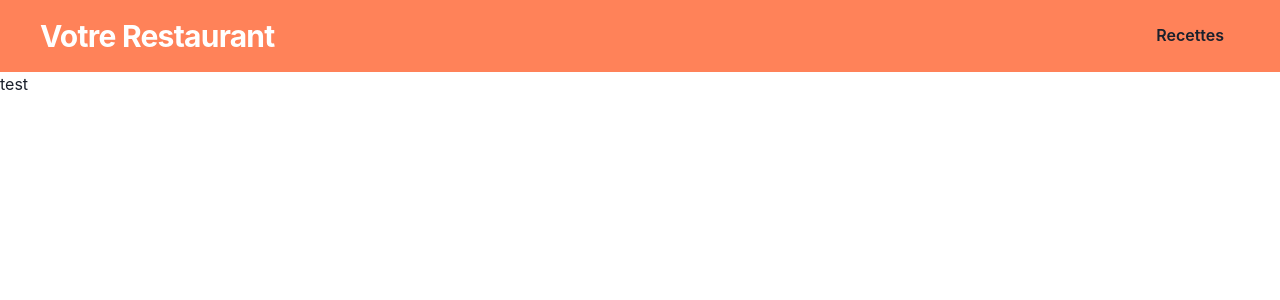
Repository: Ecaron76/tp-restau-next
Page: /
An editor plug-in stored every save of this project. The page is shown before and after the next save, followed by the edit.
The browser window is 1280 px wide. The pictures show the whole page.
The project was rebuilt for these pictures with package versions that can differ from the ones it lists, and the page was loaded fresh each time. The framework's server and built-in components were replaced by stand-ins that run in the browser. Also part of the build but not shown: next.config.mjs.

Above is the page before, as saved 2024-02-25 17:57:20.

### src/app/layout.tsx
'use client'

import { Inter } from "next/font/google";
import "./globals.css";
import { ChakraProvider, extendTheme  } from '@chakra-ui/react'
const theme = extendTheme({
  colors: {
    brand: {
      50: '#ffeee6',
      100: '#ffc7b7',
      200: '#ffa788',
      300: '#ff8259',
      400: '#ff5b29',
      500: '#ff3300',
      600: '#cc2900',
      700: '#991f00',
      800: '#661600',
      900: '#330c00',
    },
  },
});



export function Providers({ children }: { children: React.ReactNode }) {
  return <ChakraProvider theme={theme}>{children}</ChakraProvider>
}

export default function RootLayout({
  children,
}: Readonly<{
  children: React.ReactNode;
}>) {
  return (
    <html lang="en">
      <body>
        <Providers>{children}</Providers>
      </body>
    </html>
  );
}

### src/app/page.tsx
import Image from "next/image";
import styles from "./page.module.css";
import Header from "@/components/Header/Header";

export default function Home() {
  return (
    <main >
      <Header/>
      <p>test</p>
    </main>
  );
}

### src/app/globals.css
:root {
  --max-width: 1100px;
  --border-radius: 12px;
  --font-mono: ui-monospace, Menlo, Monaco, "Cascadia Mono", "Segoe UI Mono",
    "Roboto Mono", "Oxygen Mono", "Ubuntu Monospace", "Source Code Pro",
    "Fira Mono", "Droid Sans Mono", "Courier New", monospace;

  --foreground-rgb: 0, 0, 0;
  --background-start-rgb: 214, 219, 220;
  --background-end-rgb: 255, 255, 255;

  --primary-glow: conic-gradient(
    from 180deg at 50% 50%,
    #16abff33 0deg,
    #0885ff33 55deg,
    #54d6ff33 120deg,
    #0071ff33 160deg,
    transparent 360deg
  );
  --secondary-glow: radial-gradient(
    rgba(255, 255, 255, 1),
    rgba(255, 255, 255, 0)
  );

  --tile-start-rgb: 239, 245, 249;
  --tile-end-rgb: 228, 232, 233;
  --tile-border: conic-gradient(
    #00000080,
    #00000040,
    #00000030,
    #00000020,
    #00000010,
    #00000010,
    #00000080
  );

  --callout-rgb: 238, 240, 241;
  --callout-border-rgb: 172, 175, 176;
  --card-rgb: 180, 185, 188;
  --card-border-rgb: 131, 134, 135;
}

@media (prefers-color-scheme: dark) {
  :root {
    --foreground-rgb: 255, 255, 255;
    --background-start-rgb: 0, 0, 0;
    --background-end-rgb: 0, 0, 0;

    --primary-glow: radial-gradient(rgba(1, 65, 255, 0.4), rgba(1, 65, 255, 0));
    --secondary-glow: linear-gradient(
      to bottom right,
      rgba(1, 65, 255, 0),
      rgba(1, 65, 255, 0),
      rgba(1, 65, 255, 0.3)
    );

    --tile-start-rgb: 2, 13, 46;
    --tile-end-rgb: 2, 5, 19;
    --tile-border: conic-gradient(
      #ffffff80,
      #ffffff40,
      #ffffff30,
      #ffffff20,
      #ffffff10,
      #ffffff10,
      #ffffff80
    );

    --callout-rgb: 20, 20, 20;
    --callout-border-rgb: 108, 108, 108;
    --card-rgb: 100, 100, 100;
    --card-border-rgb: 200, 200, 200;
  }
}

* {
  box-sizing: border-box;
  padding: 0;
  margin: 0;
}

html,
body {

  overflow-x: hidden;
}

body {
  color: rgb(var(--foreground-rgb));
  background: linear-gradient(
      to bottom,
      transparent,
      rgb(var(--background-end-rgb))
    )
    rgb(var(--background-start-rgb));
}

a {
  color: inherit;
  text-decoration: none;
}

@media (prefers-color-scheme: dark) {
  html {
    color-scheme: dark;
  }
}

### src/components/Header/Header.tsx
import { Box, Flex, Heading, Spacer, Button } from '@chakra-ui/react';
import NextLink from 'next/link'; // Pour gérer la navigation entre les pages

const Header = () => {
  return (
    <Box bg="brand.300" p={4} color="white">
      <Flex alignItems="center" maxW="1200px" mx="auto">
        {/* Logo ou Nom du restaurant */}
        <Heading as="h1" size="lg" letterSpacing="tight">
          <NextLink href="/" passHref>

              Votre Restaurant

          </NextLink>
        </Heading>

        <Spacer />

        {/* Liens de navigation */}
        <Box>
          <NextLink href="/recettes" passHref>
            <Button  variant="ghost">
              Recettes
            </Button>
          </NextLink>
        </Box>
      </Flex>
    </Box>
  );
};

export default Header;

After the next save:
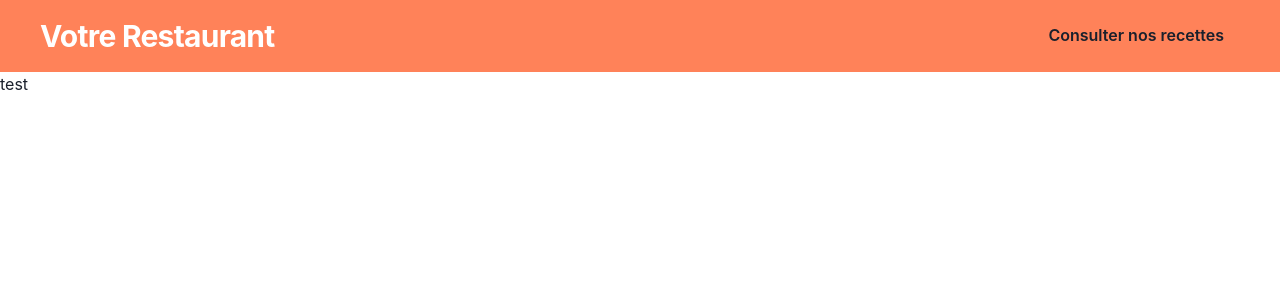
Saved 21 s later.
--- a/src/components/Header/Header.tsx
+++ b/src/components/Header/Header.tsx
@@ -20,7 +20,7 @@ const Header = () => {
         <Box>
           <NextLink href="/recettes" passHref>
             <Button  variant="ghost">
-              Recettes
+              Consulter nos recettes
             </Button>
           </NextLink>
         </Box>
